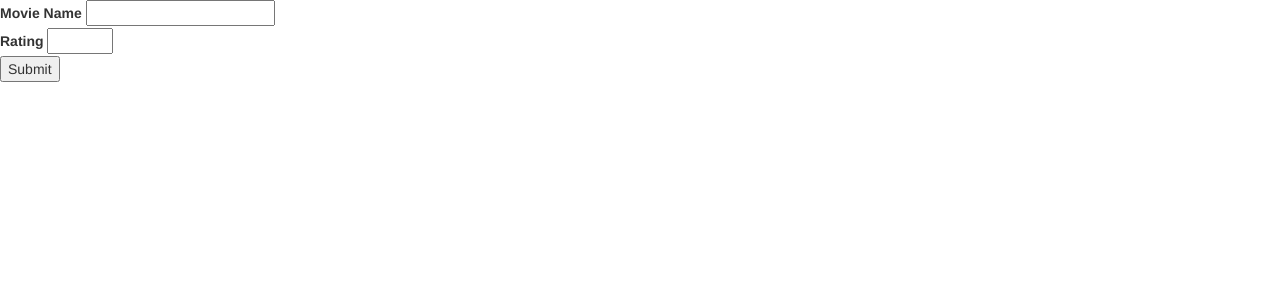
Repository: aishwarya-sankhla/JavaTraining
Page: http://localhost/WebApplication/AddRating.jsp
An editor plug-in stored every save of this project. The page is shown before and after the next save, followed by the edit.
The browser window is 1280 px wide. The pictures show the whole page.
The page is served by Tomcat 9. Other server files are loaded and not shown.

Above is the page before, as saved 2018-10-03 06:54:57.

### WebApplication/WebContent/AddRating.jsp
<%@ page language="java" contentType="text/html; charset=ISO-8859-1"
    pageEncoding="ISO-8859-1"%>
<!DOCTYPE html>
<html>
<head>
<link rel="stylesheet" href="https://maxcdn.bootstrapcdn.com/bootstrap/3.3.7/css/bootstrap.min.css" integrity="sha384-BVYiiSIFeK1dGmJRAkycuHAHRg32OmUcww7on3RYdg4Va+PmSTsz/K68vbdEjh4u" crossorigin="anonymous">
<meta http-equiv="Content-Type" content="text/html; charset=ISO-8859-1">
<title>Rate Movies</title>
</head>
<body>
<form action="">
<div>
	<label for="movieName">Movie Name</label>
	<input type="text" name="movieName" id="movieName"/>
</div>

<div>
	<label for="rating">Rating</label>
	<input type="number" name="rating" id="rating" max="5" min="1" step=".5"/>
</div>

<div>
<input type="submit" value="Submit">
</div>
</form>
</body>
</html>

After the next save:
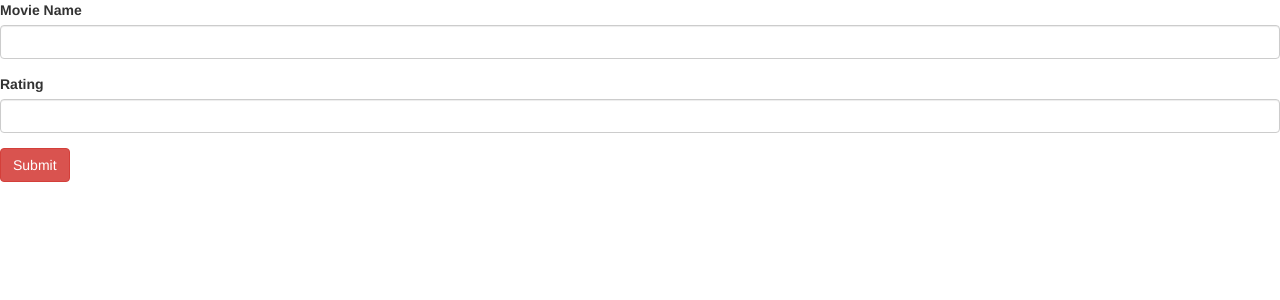
Saved 107 s later.
--- a/WebApplication/WebContent/AddRating.jsp
+++ b/WebApplication/WebContent/AddRating.jsp
@@ -9,18 +9,18 @@
 </head>
 <body>
 <form action="">
-<div>
+<div class="form-group">
 	<label for="movieName">Movie Name</label>
-	<input type="text" name="movieName" id="movieName"/>
+	<input type="text" name="movieName" id="movieName" class="form-control"/>
 </div>
 
-<div>
+<div class="form-group">
 	<label for="rating">Rating</label>
-	<input type="number" name="rating" id="rating" max="5" min="1" step=".5"/>
+	<input type="number" name="rating" id="rating" max="5" min="1" step=".5" class="form-control"/>
 </div>
 
-<div>
-<input type="submit" value="Submit">
+<div class="form-group">
+<input type="submit" value="Submit" class="btn btn-danger">
 </div>
 </form>
 </body>
